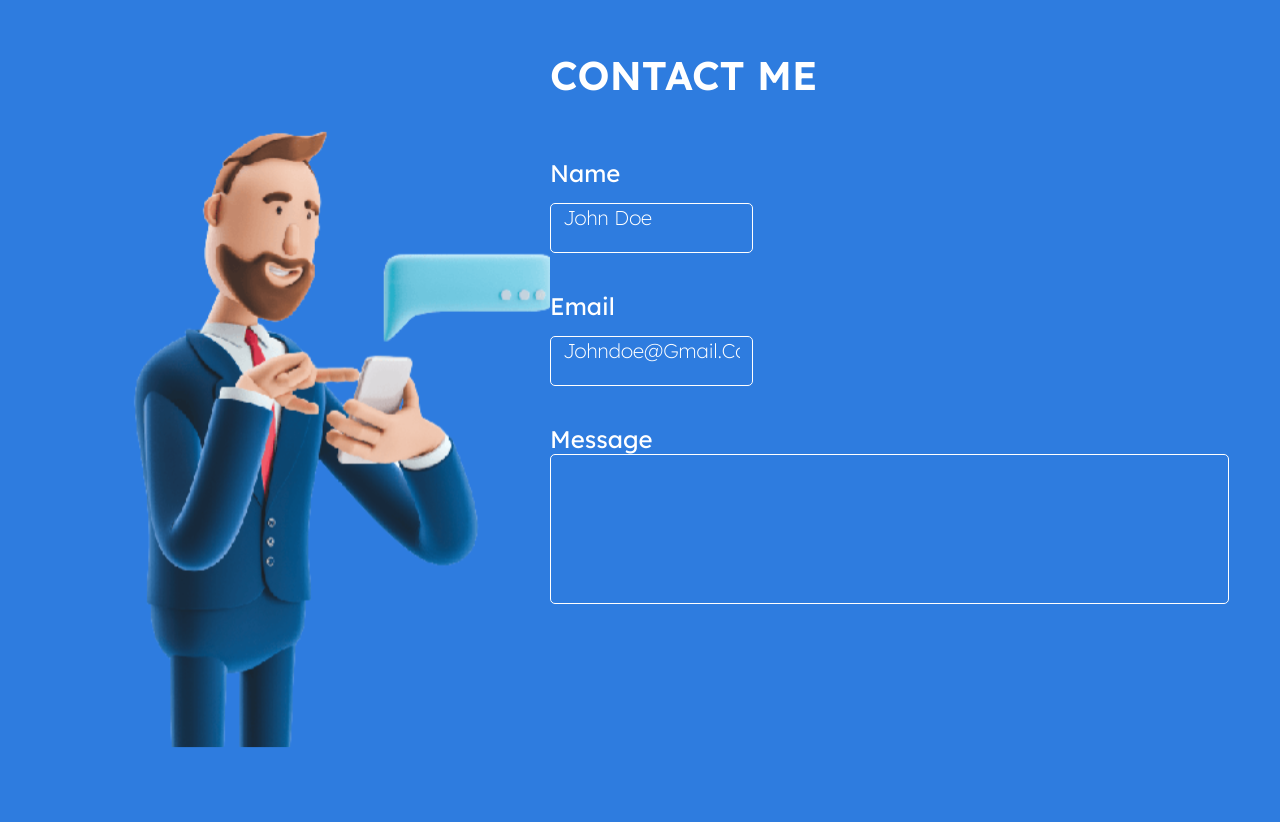
Repository: AytacJafarova/contact-task
Page: index.html
The author's editor kept a copy of each file at every save. The page is drawn from the files as they stood at one save, then again after the next save.
The browser window is 1280 px wide. The pictures show the whole page.

Above is the page before, as saved 2023-09-05 14:48:26.

### index.html
<!DOCTYPE html>
<html lang="en">

<head>
    <meta charset="UTF-8">
    <meta name="viewport" content="width=device-width, initial-scale=1.0">
    <title>Document</title>
    <link rel="stylesheet" href="./index.css">
</head>

<body>
    <div class="container">
        <div class="img-area">
            <img src="./contactImages/cta-2-1-92c17b59fa88d0f37a14bacdde164b49-removebg-preview 1.svg" alt="">
        </div>
        <div class="contact-area">
            <h1>Contact me</h1>
            <form action="">
                <label for="">
                    Name
                    <input placeholder="John Doe" type="text" required />
                </label>
                <label for="">
                    Email
                    <input placeholder="johndoe@gmail.com" type="email" required />
                </label>
                <label for="">
                    Message
                    <textarea name="" id="" cols="30" rows="10"></textarea>
                </label>
            </form>
        </div>
    </div>
</body>

</html>

### index.css
@import url('https://fonts.googleapis.com/css2?family=Lexend:wght@200;400;600&display=swap');

* {
    padding: 0;
    margin: 0;
    box-sizing: border-box;
}

.container {
    padding: 50px 51px 70px 65px;
    min-height: 100vh;
    background: #2E7CDF;
    display: flex;
    justify-content: space-between;
}

.container .contact-area form {
    display: flex;
    flex-direction: column;
}

.container .contact-area .img-area img {
    width: 538px;
    height: 697.325px;
    flex-shrink: 0;
}

.container .contact-area h1 {
    color: #FFF;
    font-family: Lexend;
    font-size: 40px;
    font-style: normal;
    font-weight: 600;
    line-height: normal;
    text-transform: uppercase;
}

.container .contact-area form {
    margin-top: 20px;
}

.container .contact-area form label {
    color: #FFF;
    font-family: Lexend;
    font-size: 24px;
    font-style: normal;
    font-weight: 400;
    line-height: normal;
    text-transform: capitalize;
    margin-top: 38px;
}

.container .contact-area::placeholder {
    color: #FFF;
    font-family: Lexend;
    font-size: 20px;
    font-style: normal;
    font-weight: 200;
    line-height: normal;
    text-transform: capitalize;
}

.container .contact-area form input {
    height: 50px;
    padding: 13px  12px 29px;
    align-items: center;
    flex-shrink: 0;
    border-radius: 5px;
    border: 1px solid #FFF;
    background: #2E7CDF;
    margin-top: 15px;
}

.container .contact-area form input {
    display: flex;
    flex-direction: column;
}
.container .contact-area form input::placeholder{
    color: #FFF;
font-family: Lexend;
font-size: 20px;
font-style: normal;
font-weight: 200;
line-height: normal;
text-transform: capitalize;
}
.container .contact-area form textarea {
    resize: none;
    display: flex;
    width: 641px;
    height: 150px;
    padding: 19px 529px 106px 29px;
    align-items: center;
    flex-shrink: 0;
    border-radius: 5px;
    border: 1px solid #FFF;
    background: #2E7CDF;
    width: 100%;
}

After the next save:
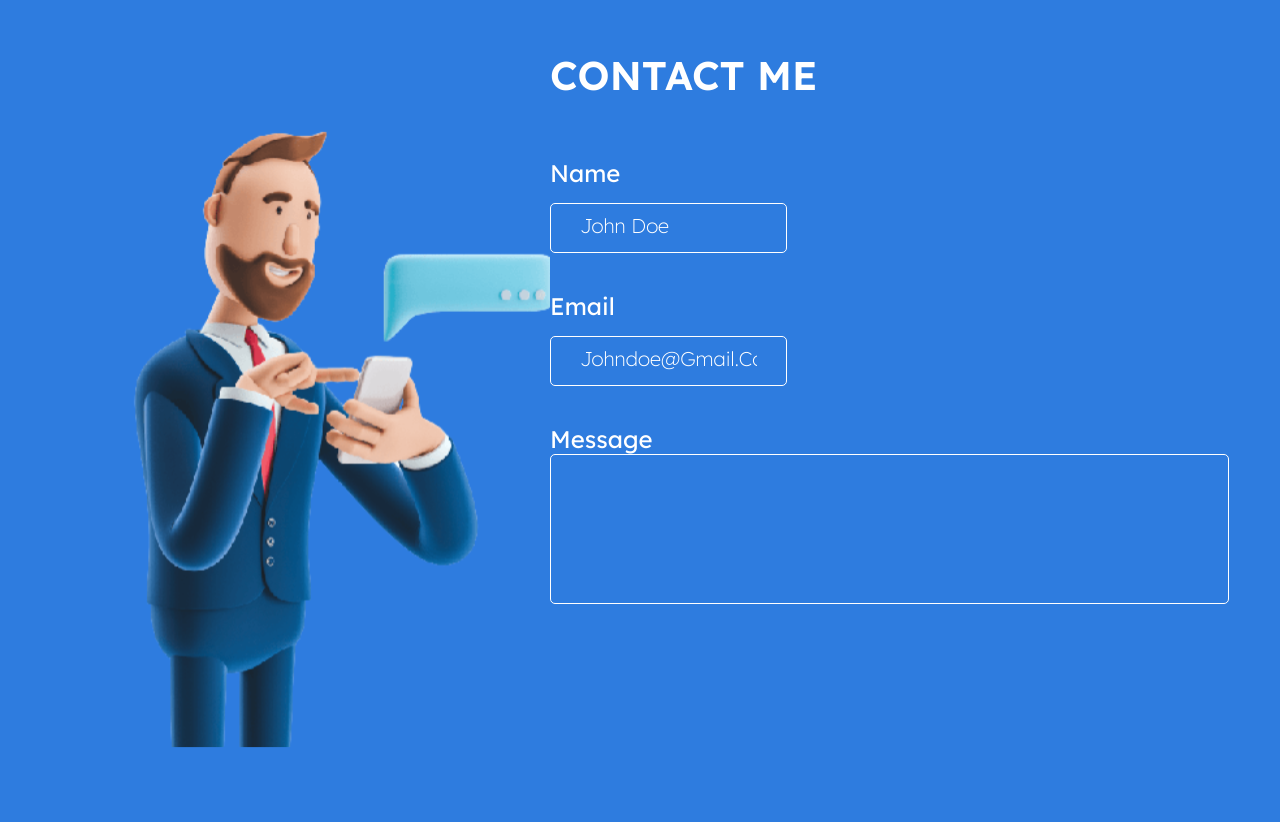
Saved 12 s later.
--- a/index.css
+++ b/index.css
@@ -62,7 +62,7 @@
 
 .container .contact-area form input {
     height: 50px;
-    padding: 13px  12px 29px;
+    padding: 13px 29px 12px 29px;
     align-items: center;
     flex-shrink: 0;
     border-radius: 5px;
